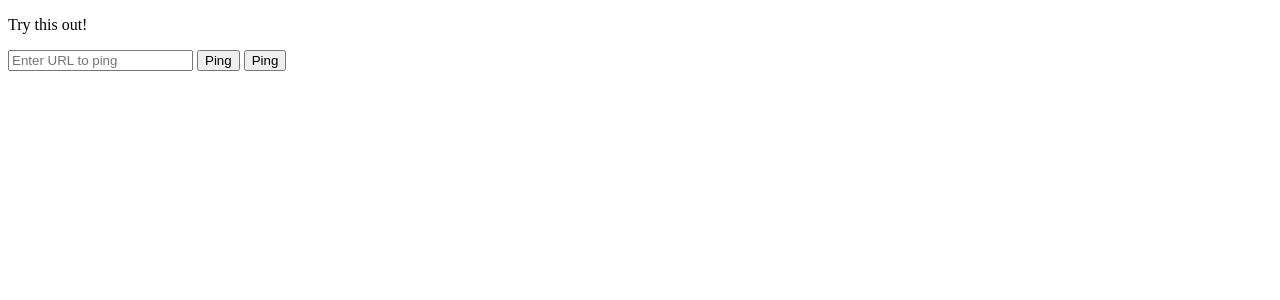
Repository: TarangGarlapally/NetworkCommandsSimulation
Page: http://localhost/NetworkManagement/index.jsp
These files come from the project's save history. The page is drawn as it stood at one moment and after the next save; the edit follows.
The browser window is 1280 px wide. The pictures show the whole page.
The page is served by Tomcat 9. Other server files are loaded and not shown.

Above is the page before, as saved 2021-01-03 09:52:49.

### NetworkManagement/WebContent/index.jsp
<%@ page language="java" contentType="text/html; charset=UTF-8"
    pageEncoding="UTF-8"%>
<!DOCTYPE html>
<html>
<head>
<meta charset="UTF-8">
<title>Insert title here</title>
</head>
<body>

<p style="white-space: break-spaces;">Try this out!</p>
<form action = "PingCmd" method = "get">
<input type="text" name="pingurl" placeholder="Enter URL to ping"></input>
<button type = "submit" name = "command" value="ping">Ping</button>
<button type = "submit" name = "command" value="ipconfig">Ping</button>
</form>
<%
String output = request.getParameter("done");
if(output != null){
	for(String line: output.split("\n")){
		%>
		<p><%=line%></p>
		<%
	}
}

%>


</body>
</html>

After the next save:
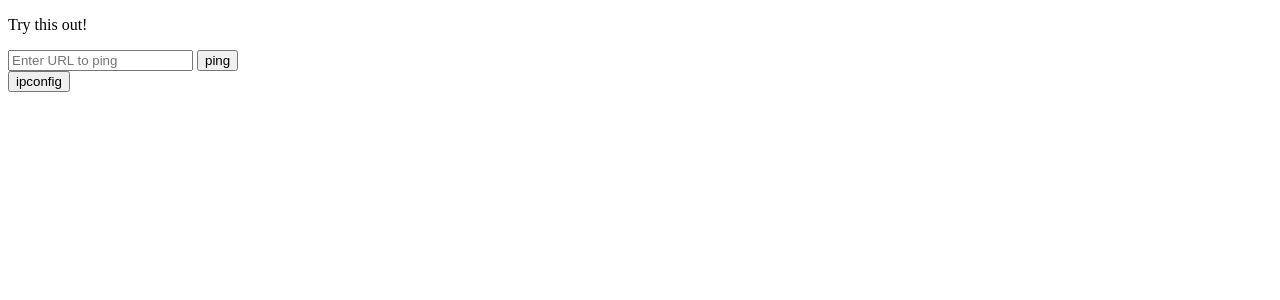
Saved 49 s later.
--- a/NetworkManagement/WebContent/index.jsp
+++ b/NetworkManagement/WebContent/index.jsp
@@ -11,8 +11,9 @@
 <p style="white-space: break-spaces;">Try this out!</p>
 <form action = "PingCmd" method = "get">
 <input type="text" name="pingurl" placeholder="Enter URL to ping"></input>
-<button type = "submit" name = "command" value="ping">Ping</button>
-<button type = "submit" name = "command" value="ipconfig">Ping</button>
+<button type = "submit" name = "command" value="ping">ping</button>
+<br />
+<button type = "submit" name = "command" value="ipconfig">ipconfig</button>
 </form>
 <%
 String output = request.getParameter("done");
